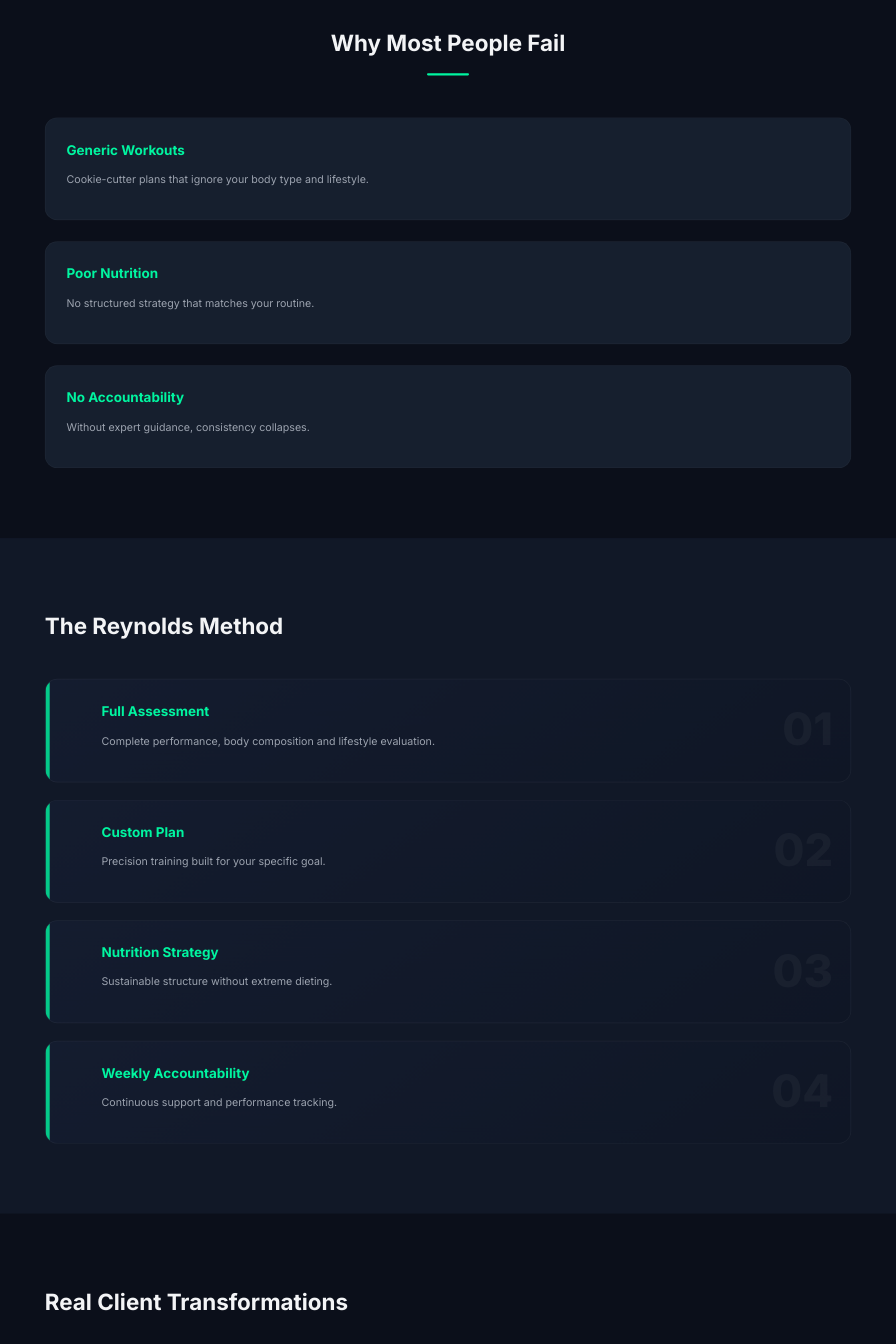
Repository: davidfsillva/Landing-page-pro
Page: index.html
An editor plug-in stored every save of this project. The page is shown before and after the next save, followed by the edit.
The browser window is 1280 px wide. The pictures show the part of the page from y = 784 to 2704 px (the page is 6593 px tall before and 6711 px after), at 70% of full size.

Above is the page before, as saved 2026-02-26 17:04:34.

After the next save:
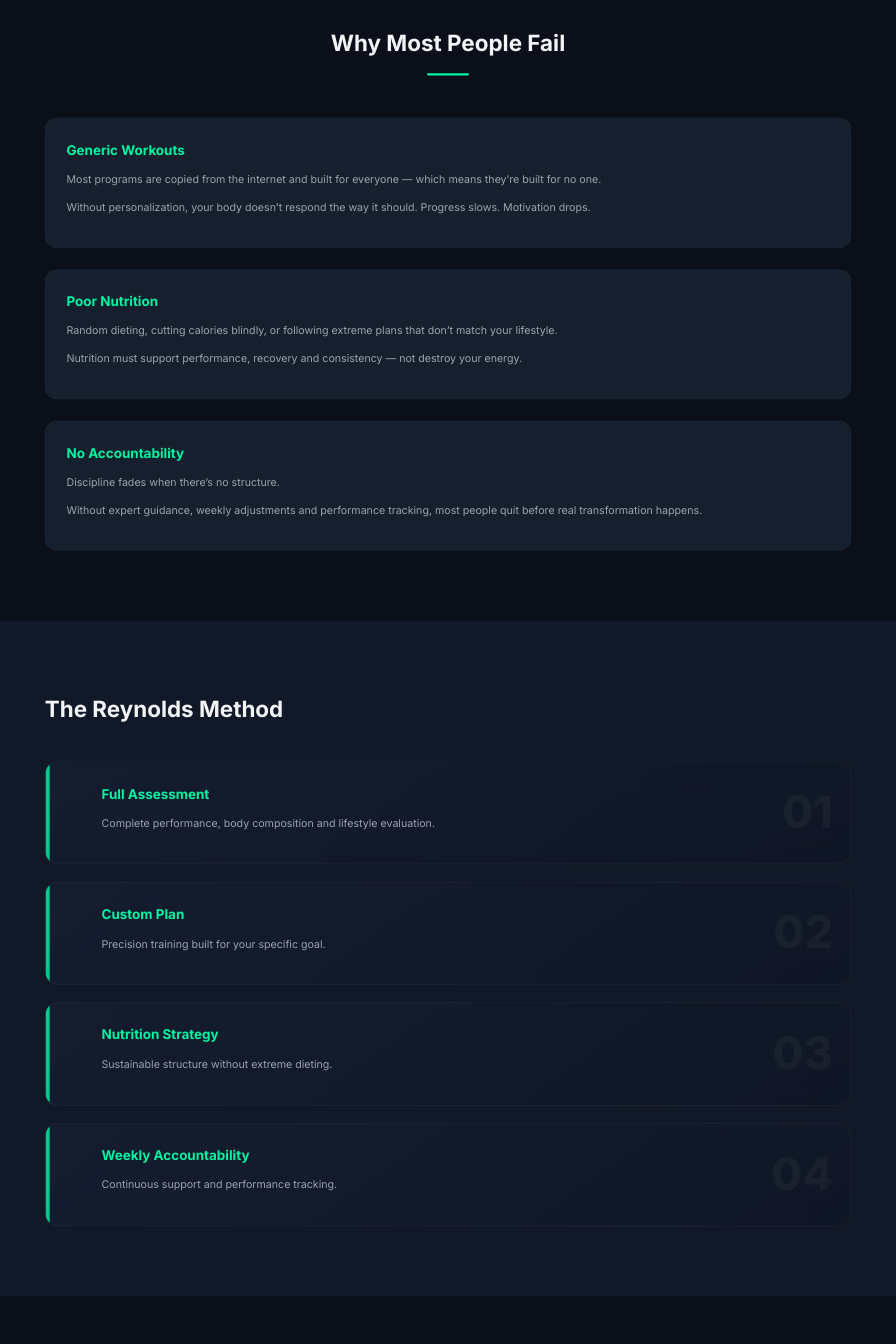
Saved 118 s later.
--- a/index.html
+++ b/index.html
@@ -98,17 +98,37 @@
 
             <div class="card">
                 <h3>Generic Workouts</h3>
-                <p>Cookie-cutter plans that ignore your body type and lifestyle.</p>
+                <p>
+                    Most programs are copied from the internet and built for everyone —
+                    which means they’re built for no one.
+                </p>
+                <p>
+                    Without personalization, your body doesn’t respond the way it should.
+                    Progress slows. Motivation drops.
+                </p>
             </div>
 
             <div class="card">
                 <h3>Poor Nutrition</h3>
-                <p>No structured strategy that matches your routine.</p>
+                <p>
+                    Random dieting, cutting calories blindly, or following extreme plans
+                    that don’t match your lifestyle.
+                </p>
+                <p>
+                    Nutrition must support performance, recovery and consistency —
+                    not destroy your energy.
+                </p>
             </div>
 
             <div class="card">
                 <h3>No Accountability</h3>
-                <p>Without expert guidance, consistency collapses.</p>
+                <p>
+                    Discipline fades when there’s no structure.
+                </p>
+                <p>
+                    Without expert guidance, weekly adjustments and performance tracking,
+                    most people quit before real transformation happens.
+                </p>
             </div>
 
         </div>
